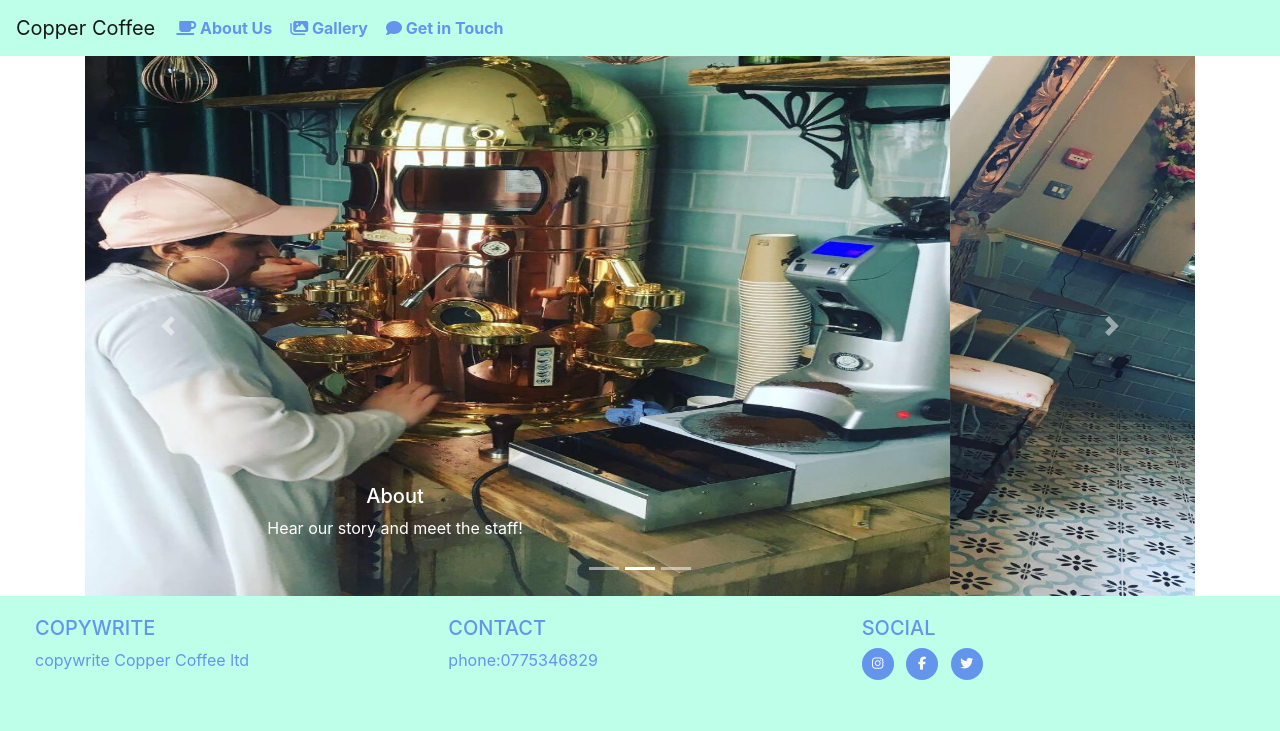
Repository: Matt-F90/milestone
Page: index.html
The author's editor kept a record of every edit. The page is drawn from the files as they stood at one moment, then again after the next edit.
The browser window is 1280 px wide. The pictures show the whole page.
Some web libraries are served in a nearby version.

Above is the page before.
Console error: TypeError: Cannot read properties of undefined (reading 'fn')

### index.html
<!DOCTYPE html>
<html lang="en">

<head>
    <meta charset="UTF-8">
    <meta name="viewport" content="width=device-width, initial-scale=1.0">
    <meta http-equiv="X-UA-Compatible" content="ie=edge">
    <title>Copper Coffee London</title>

    <link rel="stylesheet" href="https://stackpath.bootstrapcdn.com/bootstrap/4.1.3/css/bootstrap.min.css" integrity="sha384-MCw98/SFnGE8fJT3GXwEOngsV7Zt27NXFoaoApmYm81iuXoPkFOJwJ8ERdknLPMO" crossorigin="anonymous">
    <script src="https://stackpath.bootstrapcdn.com/bootstrap/4.1.3/js/bootstrap.min.js" integrity="sha384-ChfqqxuZUCnJSK3+MXmPNIyE6ZbWh2IMqE241rYiqJxyMiZ6OW/JmZQ5stwEULTy" crossorigin="anonymous"></script>
    <script src="https://kit.fontawesome.com/f919e2be21.js" crossorigin="anonymous"></script>
    <link href="https://fonts.googleapis.com/css?family=Noto+Sans:400,700&display=swap" rel="stylesheet">
    <link rel="stylesheet" href="css/style.css" type="text/css" />
</head>

<body>

    <!------------------------------------------------------------------------------------nav--->
    <div class="navbar-container">

        <nav class="navbar navbar-light navbar-expand-sm">
            <a href="index.html" class="navbar-brand">Copper Coffee</a>


            <button class="navbar-toggler ml-auto" type="button" data-toggle="collapse" data-target="#navbarNavDropdown" aria-controls="navbarNavDropdown" aria-expanded="false" aria-lable="toggle navigation">
           <span class="navbar-toggler-icon"></span></button>

            <div class="collapse navbar-collapse" id=navbarNavDropdown>
                <ul class="navbar-nav mr-auto">
                    <li class="nav-item mr-2"><a class "nav-link" href="about.html"><i class="fas fa-coffee"></i> About Us</a></li>
                    <li class="nav-item mr-2"><a class "nav-link" href="gallery.html"><i class="fas fa-images"></i> Gallery</a></li>
                    <li class="nav-item mr-2"><a class "nav-link" href="contact.html"><i class="fas fa-comment"></i> Get in Touch</a></li>
                </ul>
            </div>
        </nav>
    </div>

    <!---------------------------------------------------------------------------------------------div--->
<div class="container container-fluid">

        <div id="carouselExampleIndicators" class="carousel slide" data-ride="carousel">
        <ol class="carousel-indicators">
            <li data-target="#carouselExampleIndicators" data-slide-to="0" class="active"></li>
            <li data-target="#carouselExampleIndicators" data-slide-to="1"></li>
            <li data-target="#carouselExampleIndicators" data-slide-to="2"></li>
        </ol>
        <div class="carousel-inner">
            <div class="carousel-item active">
                <img class="imgheight d-block w-100" src="./assets/images/about.jpg" alt="First slide">
                <div class="carousel-caption">
                    <h5>About</h5>
                    <p>Hear our story and meet the staff!</p>
                </div>
            </div>
            <div class="carousel-item">
                <img class="imgheight d-block w-75" src="./assets/images/gallery.jpg" alt="Second slide">
                <div class="carousel-caption">
                    <h5>Gallery</h5>
                    <p>Check out our beautiful London store!</p>
                </div>
            </div>
            <div class="carousel-item">
                <img class="imgheight d-block w-75" src="./assets/images/contact.jpg" alt="Third slide">
                <div class="carousel-caption">
                    <h5>Contact</h5>
                    <p>Get in touch and share your ideas!</p>
                </div>
            </div>
        </div>
        <a class="carousel-control-prev" href="#carouselExampleIndicators" role="button" data-slide="prev">
    <span class="carousel-control-prev-icon" aria-hidden="true"></span>
    <span class="sr-only">Previous</span>
  </a>
        <a class="carousel-control-next" href="#carouselExampleIndicators" role="button" data-slide="next">
    <span class="carousel-control-next-icon" aria-hidden="true"></span>
    <span class="sr-only">Next</span>
  </a>
    </div>
    </div>

    <!----------------------------------------------------------------footer------------>

    <footer class="container-fluid">
        <div id="footer-details" class="row">
            <div class="col-sm-4">
                <h5 class="gernal-sub uppercase">copywrite</h5>
                <p class="inline-block">
                    copywrite Copper Coffee ltd
                </p>
            </div>
            <div class="col-sm-4">
                <h5 class="gernal-sub uppercase">contact</h5>
                <p class="inline-block">
                    phone:0775346829
                </p>
            </div>
            <div class="col-sm-4">
                <h5 class="gernal-sub uppercase">social</h5>
                <ul class="list-inline social-links">
                    <li class="list-inline-item">
                        <a target="_blank" href="#">
                        <i class="fab fa-instagram" aria-hidden="true"></i></a>
                        <span class="sr-only">instagram</span>
                    </li>
                    <li class="list-inline-item">
                        <a target="_blank" href="#">
                        <i class="fab fa-facebook-f" aria-hidden="true"></i></a>
                        <span class="sr-only">facebook</span>
                    </li>
                    <li class="list-inline-item">
                        <a target="_blank" href="#">
                        <i class="fab fa-twitter" aria-hidden="true"></i></a>
                        <span class="sr-only">twitter</span>
                    </li>
                </ul>
            </div>
        </div>

    </footer>

    <script src="https://code.jquery.com/jquery-3.3.1.slim.min.js" integrity="sha384-q8i/X+965DzO0rT7abK41JStQIAqVgRVzpbzo5smXKp4YfRvH+8abtTE1Pi6jizo" crossorigin="anonymous"></script>
    <script src="https://cdnjs.cloudflare.com/ajax/libs/popper.js/1.14.3/umd/popper.min.js" integrity="sha384-ZMP7rVo3mIykV+2+9J3UJ46jBk0WLaUAdn689aCwoqbBJiSnjAK/l8WvCWPIPm49" crossorigin="anonymous"></script>
    <script src="https://stackpath.bootstrapcdn.com/bootstrap/4.1.3/js/bootstrap.min.js" integrity="sha384-ChfqqxuZUCnJSK3+MXmPNIyE6ZbWh2IMqE241rYiqJxyMiZ6OW/JmZQ5stwEULTy" crossorigin="anonymous"></script>
</body>

</html>

### css/style.css
/*----navbar....*/

.navbar-contaner {
    position: absolute;
    top: 0;
    left: 0;
    padding-left: 0;
    padding-right: 0;
}

.navbar {
    margin-bottom: 0;
    border: 0;
    width: 100%;
    background-color: rgba(127, 255, 212, 0.5);
}

.navbar .navbar-toggler {
    border: 0;
}

.navbar .navbar-nav a {
    font-weight: 700;
    color: #6495ED;
    padding: 5px;
}

.navbar .navbar-nav a:hover {
    color: rgb(0, 0, 255);
    transition: 1s
}

/*----index....*/

.imgheight {
   height: 540px;
   width: 540px;
}

/*----special padding, margins text....*/

h1,
h2,
h3,
h4 {
    margin: 0;
}

.uppercase {
    text-transform: uppercase;
}

.general-sub {
    font-family: 'Noto Sans', sans-serif;
    font-weight: 300;
    color: black;
    padding: 10px;
    text-align: center;
}

.inline-block {
    display: inline-block;
}

/*----footer....*/

footer {
    background-color: rgba(127, 255, 212, 0.5);
    color: #6495ED;
    min-height: 120px;
    margin: 0;
    width: 100%
}

.social-links {
    padding-bottom: 15px;
}

.social-links li a i {
    width: 32px;
    height: 32px;
    padding: 12px 0;
    border-radius: 50%;
    font-size: 13px;
    line-height: 7px;
    text-align: center;
    color: #fafafa;
    background-color: #6495ED;
    -moz-transition: all 0.35s ease-in-out;
    -webkit-transition: all 0.35s ease-in-out;
    -o-transition: all 0.35s ease-in-out;
}

.social-links li a i:hover {
    width: 32px;
    height: 32px;
    padding: 12px 0;
    border-radius: 50%;
    font-size: 13px;
    line-height: 7px;
    text-align: center;
    color: #fafafa;
    background-color: rgb(0, 0, 255);
    -moz-transition: all 0.35s ease-in-out;
    -webkit-transition: all 0.35s ease-in-out;
    -o-transition: all 0.35s ease-in-out;
}

#footer-details {
    padding: 20px;
}

/*----contact/form....*/


.center-form {
    padding-top: 10px;
    margin: 0 auto;
    max-width: 70%;
}

button[type="submit"] {
    margin-top: 15px;
    margin-bottom: 20px;
    color: #fafafa;
}

iframe {
    width: 100% !important;
    padding-bottom: 10px;
}

.opening-times {
    position: center;
    text-align: center
}

After the next edit:
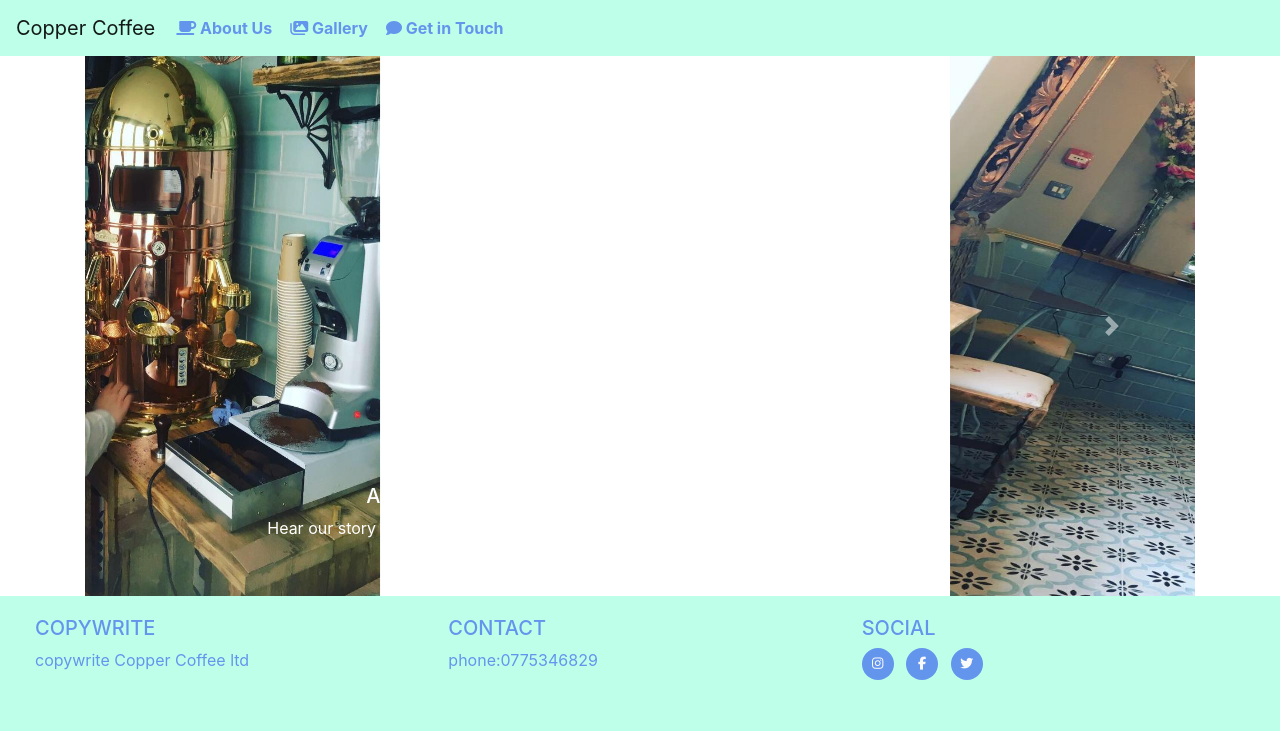
The edit:
--- a/index.html
+++ b/index.html
@@ -47,7 +47,7 @@
         </ol>
         <div class="carousel-inner">
             <div class="carousel-item active">
-                <img class="imgheight d-block w-100" src="./assets/images/about.jpg" alt="First slide">
+                <img class="imgheight d-block" src="./assets/images/about.jpg" alt="First slide">
                 <div class="carousel-caption">
                     <h5>About</h5>
                     <p>Hear our story and meet the staff!</p>
